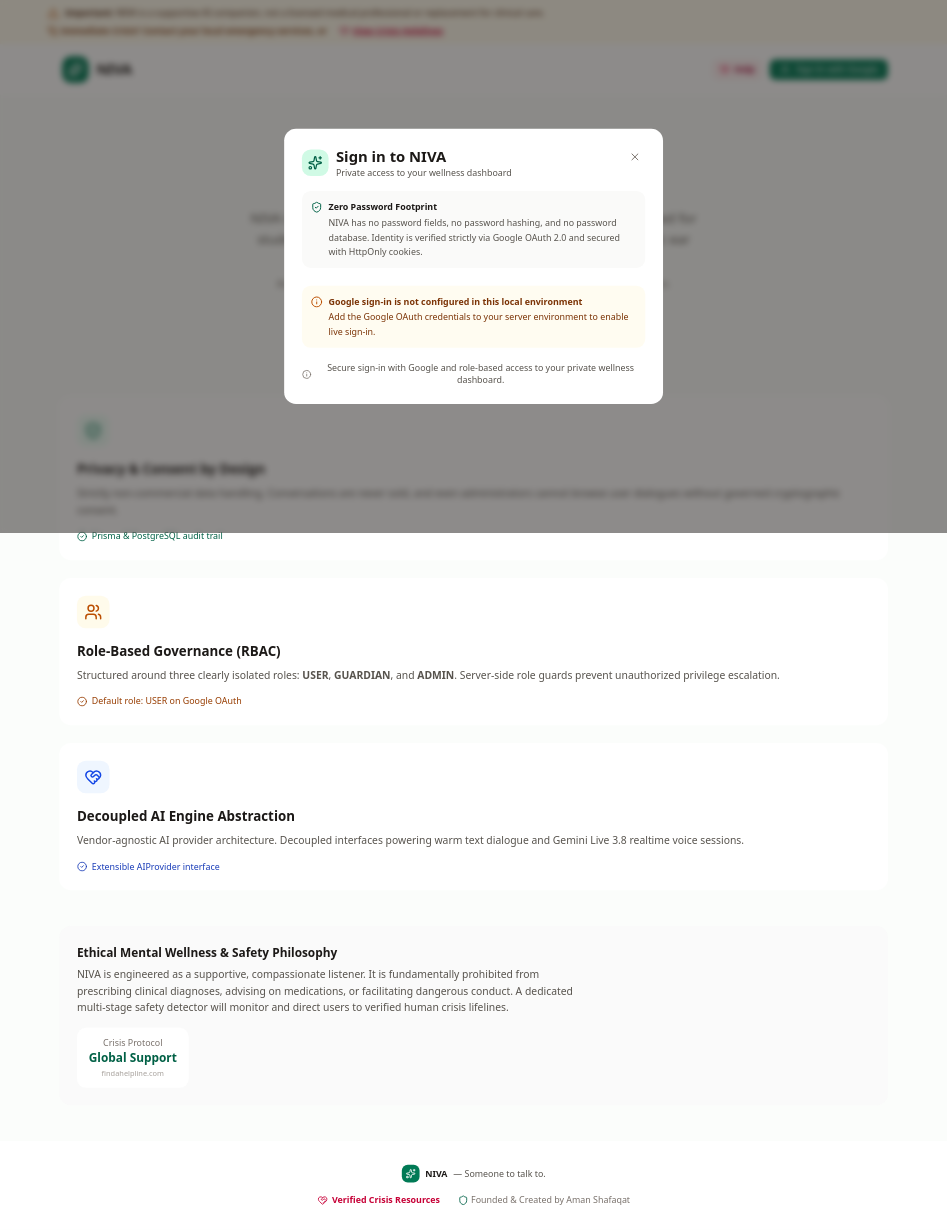
Repository: amanshafaqat/niva-ai-mental-wellness
Page: /, after clicking the first element matching `#nav-signin-button`
An editor plug-in stored every save of this project. The page is shown before and after a run of saves, followed by the edit.
The browser window is 1280 px wide. The pictures show the whole page, at 74% of full size.
The page's requests for data from a server got no answer. The project was rebuilt for these pictures with package versions that can differ from the ones it lists, and the page was loaded fresh each time. No one was signed in, and anything a server would have sent is missing. Also part of the build but not shown: vite.config.ts, src/utils/audio-pcm.ts, src/components/VoiceSessionScreen.tsx, src/components/WellnessChatSession.tsx, src/components/GuardianSystemView.tsx, src/components/AdminPanel.tsx, src/components/DashboardView.tsx, src/services/safety/crisis-registry.ts and 1 more.

Above is the page before, as saved 2026-09-20 23:00:15.

### index.html
<!doctype html>
<html lang="en">
  <head>
    <meta charset="UTF-8" />
    <meta name="viewport" content="width=device-width, initial-scale=1.0" />
    <title>NIVA - AI Mental Wellness Companion</title>
    <meta name="description" content="Privacy-conscious AI mental wellness companion (Phase 8 & 9): Cybersecurity-hardened architecture, zero-knowledge privacy guarantees, governed admin panel, tamper-evident audit ledger, consent-driven guardian system, multi-tier safety classifier, and real-time voice companion." />
    <meta property="og:title" content="NIVA - AI Mental Wellness Companion" />
    <meta property="og:description" content="Privacy-conscious AI mental wellness companion (Phase 8 & 9): Cybersecurity-hardened architecture, zero-knowledge privacy guarantees, governed admin panel, tamper-evident audit ledger, consent-driven guardian system, multi-tier safety classifier, and real-time voice companion." />
    <meta property="og:type" content="website" />
    <meta name="twitter:card" content="summary_large_image" />
  </head>
  <body>
    <div id="root"></div>
    <script type="module" src="/src/main.tsx"></script>
  </body>
</html>

### src/main.tsx
import {StrictMode} from 'react';
import {createRoot} from 'react-dom/client';
import App from './App.tsx';
import './index.css';

createRoot(document.getElementById('root')!).render(
  <StrictMode>
    <App />
  </StrictMode>,
);

### src/App.tsx
/**
 * NIVA Mental Wellness Companion - Phase 5 Advanced Safety & Crisis Response
 * Root Application Component
 */

import React, { useState } from 'react';
import { AuthProvider } from './lib/auth-context';
import { DisclaimerBanner } from './components/DisclaimerBanner';
import { Navbar } from './components/Navbar';
import { HeroSection } from './components/HeroSection';
import { DashboardView } from './components/DashboardView';
import { GoogleSignInModal } from './components/GoogleSignInModal';
import { CrisisResourcesModal } from './components/CrisisResourcesModal';
import { Sparkles, Shield, HeartHandshake } from 'lucide-react';

export default function App() {
  const [activeView, setActiveView] = useState<'home' | 'dashboard'>('home');
  const [authModalOpen, setAuthModalOpen] = useState(false);
  const [crisisModalOpen, setCrisisModalOpen] = useState(false);

  const handleOpenCrisisResources = () => setCrisisModalOpen(true);
  const handleCloseCrisisResources = () => setCrisisModalOpen(false);

  return (
    <AuthProvider>
      <div id="niva-root-application" className="min-h-screen bg-[#FBFDFB] text-stone-800 flex flex-col font-sans selection:bg-emerald-100 selection:text-emerald-900">
        {/* Ethical Non-Clinical Disclaimer Banner with Crisis Access */}
        <DisclaimerBanner onOpenCrisisResources={handleOpenCrisisResources} />

        {/* Global Navigation with Crisis Direct Button */}
        <Navbar
          activeView={activeView}
          setActiveView={setActiveView}
          onOpenAuthModal={() => setAuthModalOpen(true)}
          onOpenCrisisResources={handleOpenCrisisResources}
        />

        {/* Main View Router */}
        <main className="flex-1">
          {activeView === 'home' && (
            <HeroSection
              onOpenAuthModal={() => setAuthModalOpen(true)}
              onGoToDashboard={() => setActiveView('dashboard')}
            />
          )}

          {activeView === 'dashboard' && (
            <DashboardView onOpenCrisisResources={handleOpenCrisisResources} />
          )}
        </main>

        {/* Calm, Accessible Footer with Crisis Directory Access */}
        <footer id="niva-footer" className="border-t border-stone-200 bg-white py-8 text-xs text-stone-600">
          <div className="mx-auto max-w-6xl px-4 sm:px-6 flex flex-col md:flex-row items-center justify-between gap-4">
            <div className="flex items-center gap-2">
              <div className="flex h-6 w-6 items-center justify-center rounded-lg bg-emerald-700 text-white">
                <Sparkles className="h-3.5 w-3.5" />
              </div>
              <span className="font-semibold text-stone-900">NIVA</span>
              <span>— Someone to talk to.</span>
            </div>

            <div className="flex items-center gap-6">
              <button
                id="footer-crisis-link"
                onClick={handleOpenCrisisResources}
                className="flex items-center gap-1.5 font-semibold text-rose-700 hover:text-rose-900 transition"
              >
                <HeartHandshake className="h-3.5 w-3.5" />
                Verified Crisis Resources
              </button>
              <span className="flex items-center gap-1 text-stone-500">
                <Shield className="h-3.5 w-3.5 text-emerald-800" />
                Founded & Created by Aman Shafaqat
              </span>
            </div>
          </div>
        </footer>

        {/* Modals */}
        <GoogleSignInModal
          isOpen={authModalOpen}
          onClose={() => setAuthModalOpen(false)}
          onSuccess={() => setActiveView('dashboard')}
        />

        <CrisisResourcesModal
          isOpen={crisisModalOpen}
          onClose={handleCloseCrisisResources}
        />
      </div>
    </AuthProvider>
  );
}

### src/components/DisclaimerBanner.tsx
import React from 'react';
import { AlertTriangle, PhoneCall, HeartHandshake } from 'lucide-react';

interface DisclaimerBannerProps {
  onOpenCrisisResources?: () => void;
}

export const DisclaimerBanner: React.FC<DisclaimerBannerProps> = ({ onOpenCrisisResources }) => {
  return (
    <div
      id="crisis-disclaimer-banner"
      role="region"
      aria-label="Important Mental Health Notice"
      className="bg-amber-50/90 border-b border-amber-200/80 px-4 py-2.5 text-xs text-amber-950 sm:text-sm"
    >
      <div className="mx-auto flex max-w-6xl flex-wrap items-center justify-between gap-2">
        <div className="flex items-center gap-2">
          <AlertTriangle className="h-4 w-4 shrink-0 text-amber-700" aria-hidden="true" />
          <span className="font-medium">
            <strong>Important:</strong> NIVA is a supportive AI companion, not a licensed medical professional or replacement for clinical care.
          </span>
        </div>
        <div className="flex items-center gap-3">
          <span className="flex items-center gap-1 font-semibold text-amber-900">
            <PhoneCall className="h-3.5 w-3.5 text-amber-800" aria-hidden="true" />
            Immediate Crisis? Contact your local emergency services, or
          </span>
          {onOpenCrisisResources ? (
            <button
              id="banner-open-crisis-btn"
              onClick={onOpenCrisisResources}
              className="inline-flex items-center gap-1 font-semibold text-rose-700 underline hover:text-rose-900 focus:outline-none focus:ring-2 focus:ring-rose-500 rounded px-1"
            >
              <HeartHandshake className="h-3.5 w-3.5" />
              View Crisis Helplines
            </button>
          ) : (
            <a
              href="https://findahelpline.com"
              target="_blank"
              rel="noopener noreferrer"
              className="underline hover:text-amber-700 focus:outline-none focus:ring-2 focus:ring-amber-500 rounded font-semibold text-amber-900"
            >
              findahelpline.com
            </a>
          )}
        </div>
      </div>
    </div>
  );
};

### src/components/GoogleSignInModal.tsx
import React, { useEffect, useState } from 'react';
import { X, ShieldCheck, AlertCircle, Info, Sparkles } from 'lucide-react';
import { useAuth } from '../lib/auth-context';
import { getGoogleAuthUrl } from '../lib/api';

interface GoogleSignInModalProps {
  isOpen: boolean;
  onClose: () => void;
  onSuccess: () => void;
}

export const GoogleSignInModal: React.FC<GoogleSignInModalProps> = ({
  isOpen,
  onClose,
  onSuccess,
}) => {
  const { signInWithGoogle, signInWithGoogleRedirect, isLoading, error, clearError } = useAuth();
  const [googleOAuthConfig, setGoogleOAuthConfig] = useState<{
    configured: boolean;
    url: string | null;
    clientId: string | null;
  } | null>(null);

  useEffect(() => {
    if (isOpen) {
      getGoogleAuthUrl()
        .then(setGoogleOAuthConfig)
        .catch(() => setGoogleOAuthConfig({ configured: false, url: null, clientId: null }));
    }
  }, [isOpen]);

  if (!isOpen) return null;

  return (
    <div
      id="google-signin-modal-backdrop"
      className="fixed inset-0 z-50 flex items-center justify-center bg-stone-900/50 backdrop-blur-xs p-4"
      role="dialog"
      aria-modal="true"
      aria-labelledby="signin-modal-title"
    >
      <div className="w-full max-w-lg rounded-2xl border border-stone-200 bg-white p-6 shadow-xl sm:p-8">
        {/* Header */}
        <div className="flex items-start justify-between">
          <div className="flex items-center gap-2.5">
            <div className="flex h-9 w-9 items-center justify-center rounded-xl bg-emerald-100 text-emerald-800">
              <Sparkles className="h-5 w-5" />
            </div>
            <div>
              <h3 id="signin-modal-title" className="text-xl font-semibold text-stone-900">
                Sign in to NIVA
              </h3>
              <p className="text-xs text-stone-600">Private access to your wellness dashboard</p>
            </div>
          </div>
          <button
            onClick={() => {
              clearError();
              onClose();
            }}
            aria-label="Close dialog"
            className="rounded-lg p-1.5 text-stone-500 hover:bg-stone-100 hover:text-stone-900 focus:outline-none focus:ring-2 focus:ring-emerald-600"
          >
            <X className="h-4 w-4" />
          </button>
        </div>

        {/* Error Notification */}
        {error && (
          <div className="mt-4 flex items-center gap-2 rounded-xl border border-red-200 bg-red-50 p-3 text-xs text-red-900">
            <AlertCircle className="h-4 w-4 shrink-0 text-red-700" />
            <span>{error}</span>
          </div>
        )}

        {/* Security Banner */}
        <div className="mt-4 rounded-xl border border-stone-200 bg-stone-50 p-3 text-xs text-stone-600 leading-relaxed">
          <div className="flex items-start gap-2">
            <ShieldCheck className="h-4 w-4 shrink-0 text-emerald-800 mt-0.5" />
            <div>
              <p className="font-semibold text-stone-900">Zero Password Footprint</p>
              <p className="mt-0.5">
                NIVA has no password fields, no password hashing, and no password database. Identity is verified strictly via Google OAuth 2.0 and secured with HttpOnly cookies.
              </p>
            </div>
          </div>
        </div>

        <div className="mt-6 space-y-4">
          {googleOAuthConfig?.configured ? (
            <div>
              <p className="text-xs text-stone-600 mb-3">
                Google sign-in is active for this environment. Continue below to access your protected wellness area.
              </p>
              <button
                id="google-continue-button"
                disabled={isLoading}
                onClick={signInWithGoogleRedirect}
                className="flex w-full items-center justify-center gap-3 rounded-xl border border-stone-300 bg-white py-3 px-4 text-sm font-semibold text-stone-700 shadow-xs transition hover:bg-stone-50 hover:border-stone-400 focus:outline-none focus:ring-2 focus:ring-emerald-600 disabled:opacity-50"
              >
                <svg className="h-5 w-5" viewBox="0 0 24 24">
                  <path
                    fill="#4285F4"
                    d="M22.56 12.25c0-.78-.07-1.53-.2-2.25H12v4.26h5.92c-.26 1.37-1.04 2.53-2.21 3.31v2.77h3.57c2.08-1.92 3.28-4.74 3.28-8.09z"
                  />
                  <path
                    fill="#34A853"
                    d="M12 23c2.97 0 5.46-.98 7.28-2.66l-3.57-2.77c-.98.66-2.23 1.06-3.71 1.06-2.86 0-5.29-1.93-6.16-4.53H2.18v2.84C3.99 20.53 7.7 23 12 23z"
                  />
                  <path
                    fill="#FBBC05"
                    d="M5.84 14.09c-.22-.66-.35-1.36-.35-2.09s.13-1.43.35-2.09V7.06H2.18C1.43 8.55 1 10.22 1 12s.43 3.45 1.18 4.94l2.85-2.22.81-.63z"
                  />
                  <path
                    fill="#EA4335"
                    d="M12 5.38c1.62 0 3.06.56 4.21 1.64l3.15-3.15C17.45 2.09 14.97 1 12 1 7.7 1 3.99 3.47 2.18 7.06l3.66 2.84c.87-2.6 3.3-4.52 6.16-4.52z"
                  />
                </svg>
                <span>Continue with Google</span>
              </button>
            </div>
          ) : (
            <div className="space-y-3">
              <div className="rounded-xl border border-amber-200 bg-amber-50/70 p-3 text-xs text-amber-900 leading-relaxed">
                <div className="flex items-start gap-2">
                  <Info className="h-4 w-4 text-amber-700 shrink-0 mt-0.5" />
                  <div>
                    <p className="font-semibold">Google sign-in is not configured in this local environment</p>
                    <p className="mt-0.5">
                      Add the Google OAuth credentials to your server environment to enable live sign-in.
                    </p>
                  </div>
                </div>
              </div>
            </div>
          )}

          <div className="flex items-center gap-1.5 text-center text-xs text-stone-600 justify-center pt-1">
            <Info className="h-3.5 w-3.5 text-stone-500" />
            <span>Secure sign-in with Google and role-based access to your private wellness dashboard.</span>
          </div>
        </div>

      </div>
    </div>
  );
};

### shared/constants/roles.ts
/**
 * NIVA Mental Wellness Companion - Shared Roles & Permissions
 * Phase 4.1 Architecture
 */

export enum Role {
  USER = 'USER',
  GUARDIAN = 'GUARDIAN',
  ADMIN = 'ADMIN',
}

export interface RolePermission {
  role: Role;
  displayName: string;
  description: string;
  permissions: string[];
}

export const ROLE_PERMISSIONS: Record<Role, RolePermission> = {
  [Role.USER]: {
    role: Role.USER,
    displayName: 'Wellness Companion User',
    description: 'Standard end-user with personal conversational wellness access and strict data privacy',
    permissions: [
      'wellness:read_own',
      'wellness:write_own',
      'conversation:read_own',
      'conversation:write_own',
      'guardian:grant_consent',
      'guardian:revoke_consent',
      'profile:manage_own',
    ],
  },
  [Role.GUARDIAN]: {
    role: Role.GUARDIAN,
    displayName: 'Authorized Guardian',
    description: 'Trusted family member or guardian with explicitly consented, non-invasive safety oversight',
    permissions: [
      'guardian:view_consented_summary',
      'guardian:receive_safety_alerts',
      'guardian:manage_relationship',
    ],
  },
  [Role.ADMIN]: {
    role: Role.ADMIN,
    displayName: 'Platform Administrator',
    description: 'System infrastructure, security audits, and platform operations with governed access',
    permissions: [
      'system:view_health',
      'system:manage_platform',
      'audit:read_logs',
      'safety:monitor_telemetry',
    ],
  },
};

Loaded but not shown: src/index.css (common file); src/lib/api.ts (343 lines, source omitted); src/components/HeroSection.tsx (155 lines, source omitted); src/components/Navbar.tsx (153 lines, source omitted); src/lib/auth-context.tsx (159 lines, source omitted)

After the next 2 saves:
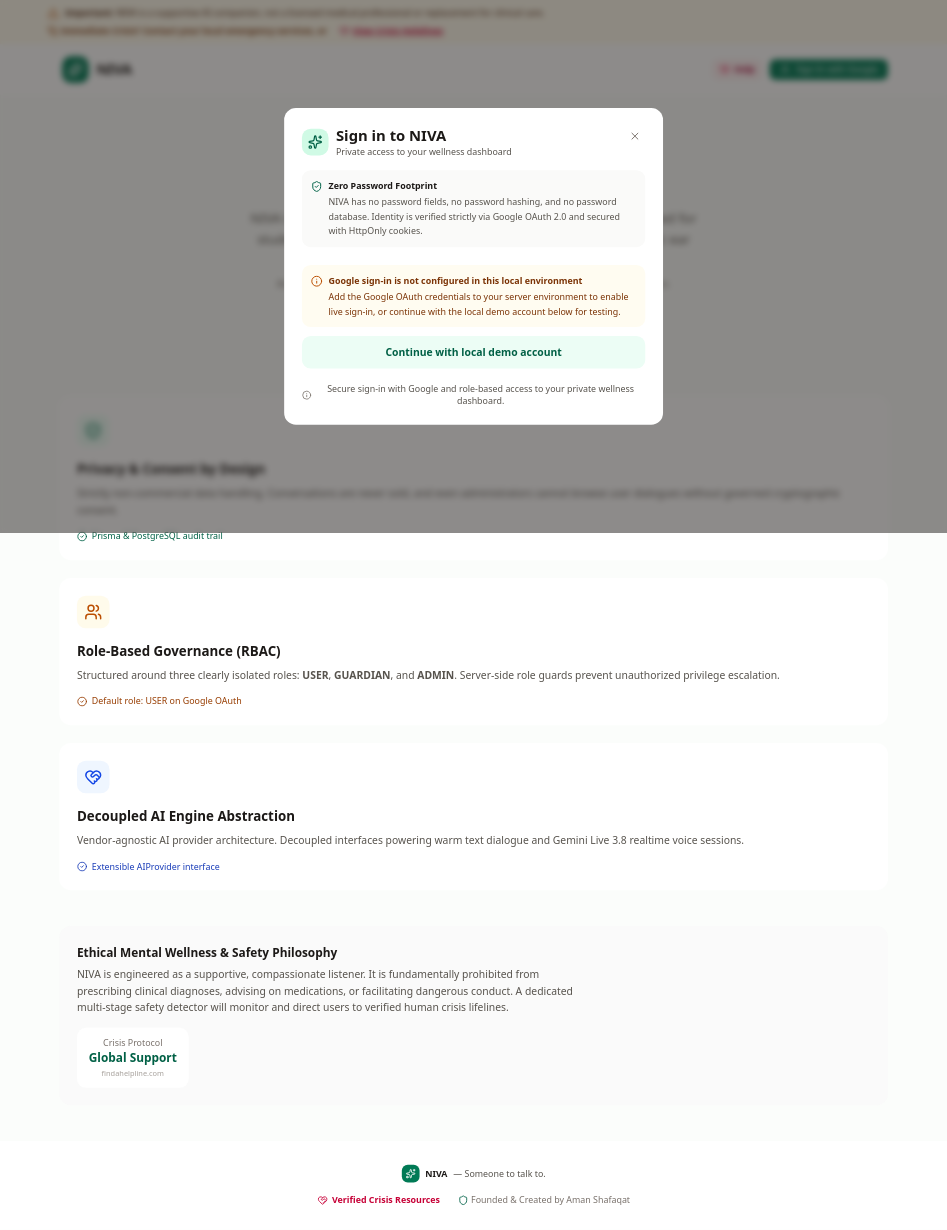
The 2 saves are shown as one change because 1 did not build or start.
The last was saved 5 min 8 s later.
--- a/src/components/GoogleSignInModal.tsx
+++ b/src/components/GoogleSignInModal.tsx
@@ -2,6 +2,7 @@
 import { X, ShieldCheck, AlertCircle, Info, Sparkles } from 'lucide-react';
 import { useAuth } from '../lib/auth-context';
 import { getGoogleAuthUrl } from '../lib/api';
+import { GoogleOAuthPayload } from '@shared/types/auth';
 
 interface GoogleSignInModalProps {
   isOpen: boolean;
@@ -31,6 +32,26 @@
 
   if (!isOpen) return null;
 
+  const handleAuthPayload = async (payload: GoogleOAuthPayload) => {
+    try {
+      await signInWithGoogle(payload);
+      onSuccess();
+      onClose();
+    } catch {
+      // Error is caught and surfaced in AuthContext
+    }
+  };
+
+  const handleLocalDemoSignIn = () =>
+    handleAuthPayload({
+      sub: 'local-demo-user',
+      email: 'local@demo.niva',
+      email_verified: true,
+      name: 'Local Demo User',
+      picture:
+        'https://images.unsplash.com/photo-1534528741775-53994a69daeb?w=150&auto=format&fit=crop&q=80',
+    });
+
   return (
     <div
       id="google-signin-modal-backdrop"
@@ -40,7 +61,6 @@
       aria-labelledby="signin-modal-title"
     >
       <div className="w-full max-w-lg rounded-2xl border border-stone-200 bg-white p-6 shadow-xl sm:p-8">
-        {/* Header */}
         <div className="flex items-start justify-between">
           <div className="flex items-center gap-2.5">
             <div className="flex h-9 w-9 items-center justify-center rounded-xl bg-emerald-100 text-emerald-800">
@@ -65,7 +85,6 @@
           </button>
         </div>
 
-        {/* Error Notification */}
         {error && (
           <div className="mt-4 flex items-center gap-2 rounded-xl border border-red-200 bg-red-50 p-3 text-xs text-red-900">
             <AlertCircle className="h-4 w-4 shrink-0 text-red-700" />
@@ -73,7 +92,6 @@
           </div>
         )}
 
-        {/* Security Banner */}
         <div className="mt-4 rounded-xl border border-stone-200 bg-stone-50 p-3 text-xs text-stone-600 leading-relaxed">
           <div className="flex items-start gap-2">
             <ShieldCheck className="h-4 w-4 shrink-0 text-emerald-800 mt-0.5" />
@@ -127,11 +145,20 @@
                   <div>
                     <p className="font-semibold">Google sign-in is not configured in this local environment</p>
                     <p className="mt-0.5">
-                      Add the Google OAuth credentials to your server environment to enable live sign-in.
+                      Add the Google OAuth credentials to your server environment to enable live sign-in, or continue with the local demo account below for testing.
                     </p>
                   </div>
                 </div>
               </div>
+
+              <button
+                id="demo-local-signin-button"
+                disabled={isLoading}
+                onClick={handleLocalDemoSignIn}
+                className="flex w-full items-center justify-center gap-3 rounded-xl border border-emerald-300 bg-emerald-50 py-3 px-4 text-sm font-semibold text-emerald-800 shadow-xs transition hover:bg-emerald-100 focus:outline-none focus:ring-2 focus:ring-emerald-600 disabled:opacity-50"
+              >
+                <span>Continue with local demo account</span>
+              </button>
             </div>
           )}
 
@@ -140,7 +167,6 @@
             <span>Secure sign-in with Google and role-based access to your private wellness dashboard.</span>
           </div>
         </div>
-
       </div>
     </div>
   );
